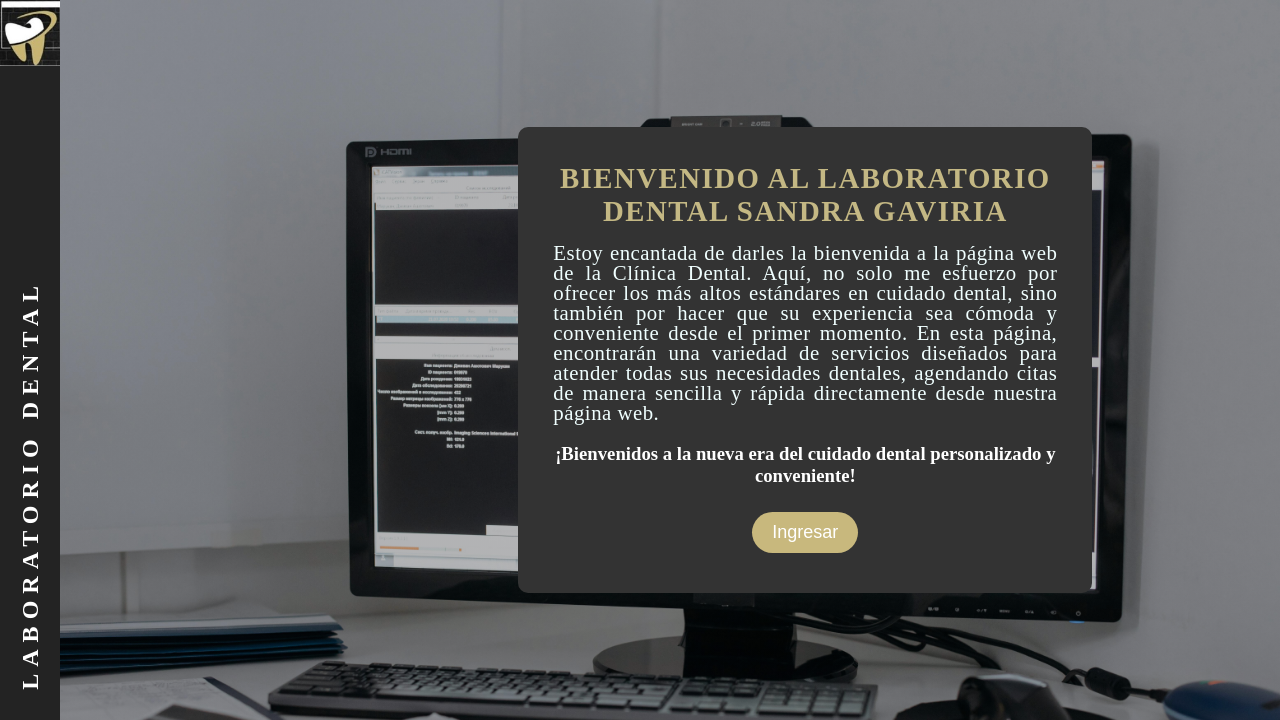
Repository: IIntef/ProyectoDental2.0
Page: Proyecto/Proyecto/Fer.html
The author's editor kept a copy of each file at every save. The page is drawn from the files as they stood at one save, then again after the next save.
The browser window is 1280 px wide. The pictures show the whole page.

Above is the page before, as saved 2024-06-18 13:33:31.

After the next save:
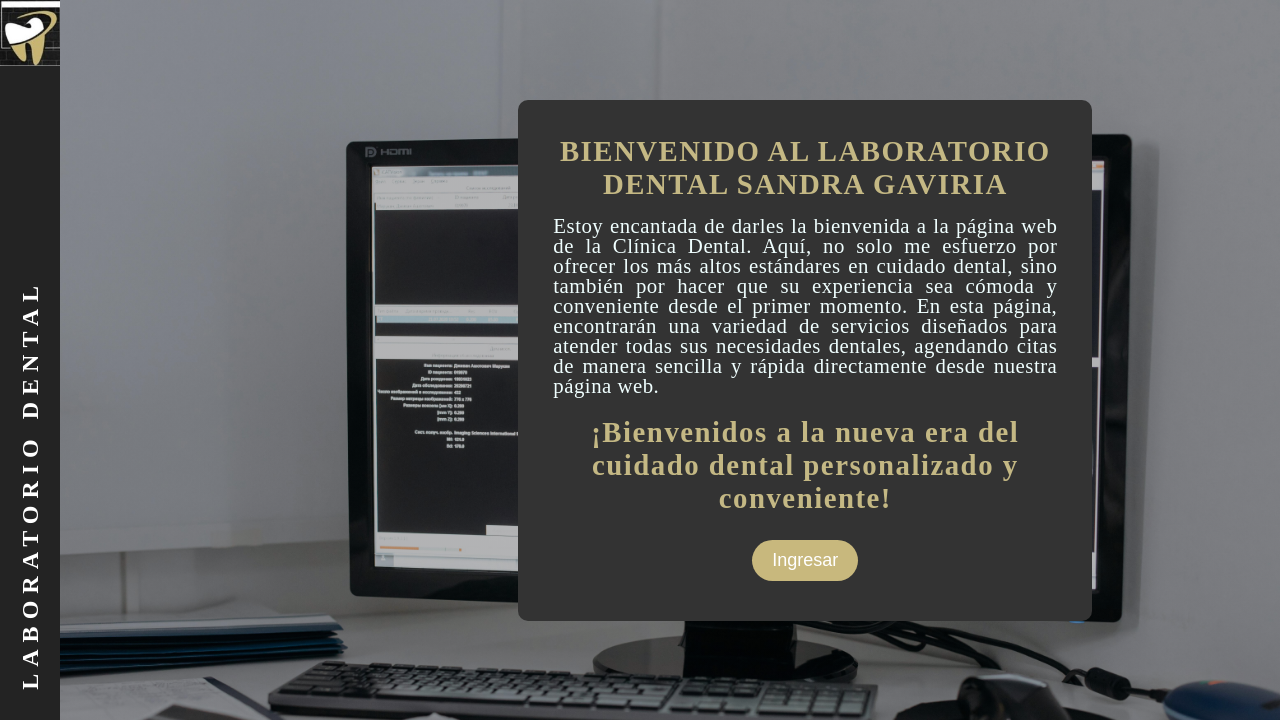
Saved 3 min 35 s later.
--- a/Proyecto/Proyecto/StyleFer.css
+++ b/Proyecto/Proyecto/StyleFer.css
@@ -72,6 +72,14 @@ h2{
     text-align:center;
 }
 
+h3{
+    margin: 0;
+    color: #c4b884;
+    font-family: 'Fredoka One';
+    letter-spacing: 1.5px;
+    font-size: clamp(1.2rem, 2.5vw, 1.8rem);
+    text-align:center;
+}
 p{
     font-weight: 100;
     line-height: 20px;
